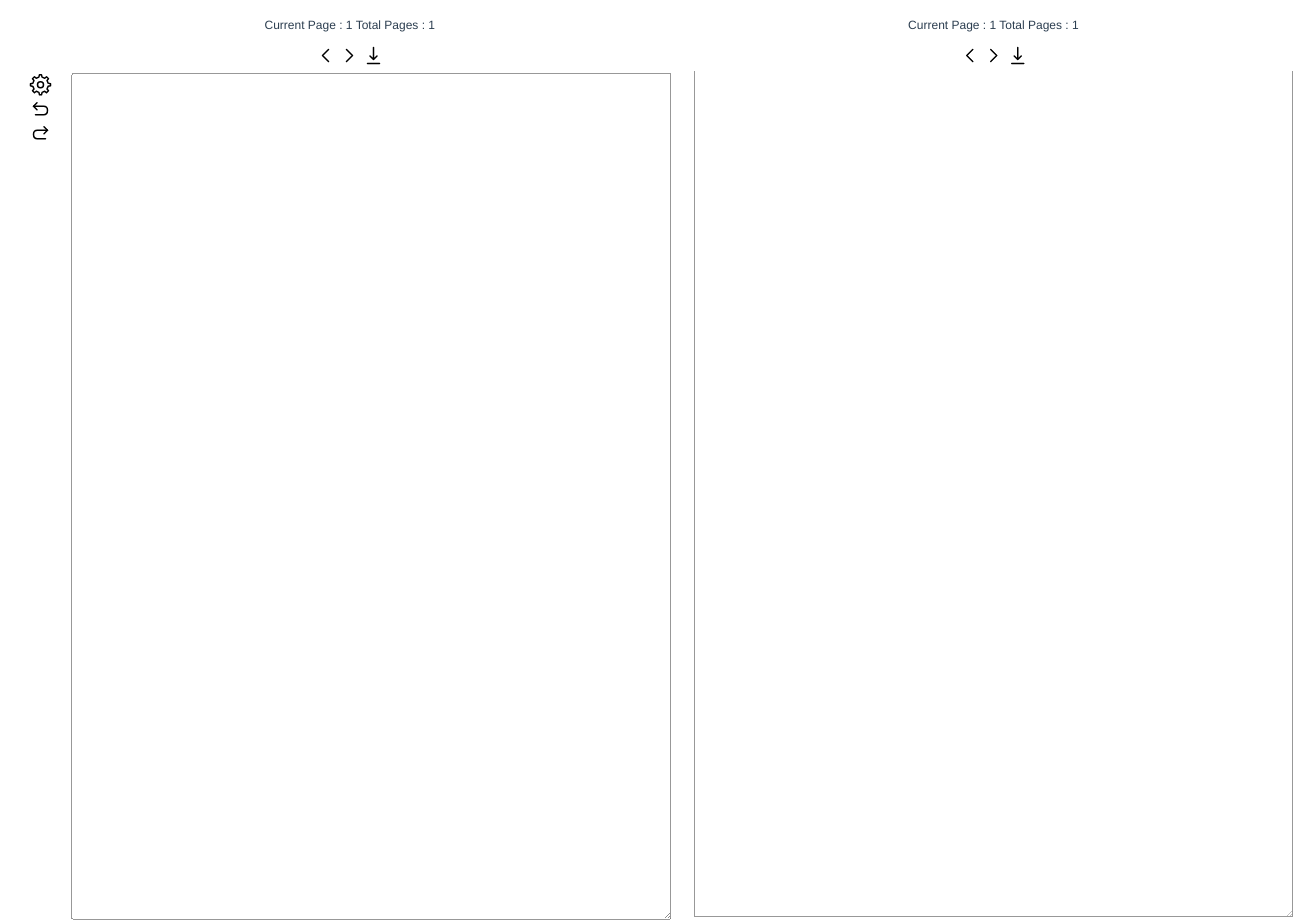
Repository: 321paranoiawhy/online-resume
Page: /
An editor plug-in stored every save of this project. The page is shown before and after the next save, followed by the edit.
The browser window is 1280 px wide. The page is 1724 px wide, then 1732 px, so the pictures cover 1732 px, including what lies to the right of the window. The pictures show the whole page, at 75% of full size.
The project was rebuilt for these pictures with package versions that can differ from the ones it lists, and the page was loaded fresh each time. Also part of the build but not shown: vue.config.js, src/components/Header.vue, src/components/Introduction.vue, src/components/LineNumbers.vue, src/components/Footer.vue.

Above is the page before, as saved 2022-05-28 21:35:17.

After the next save:
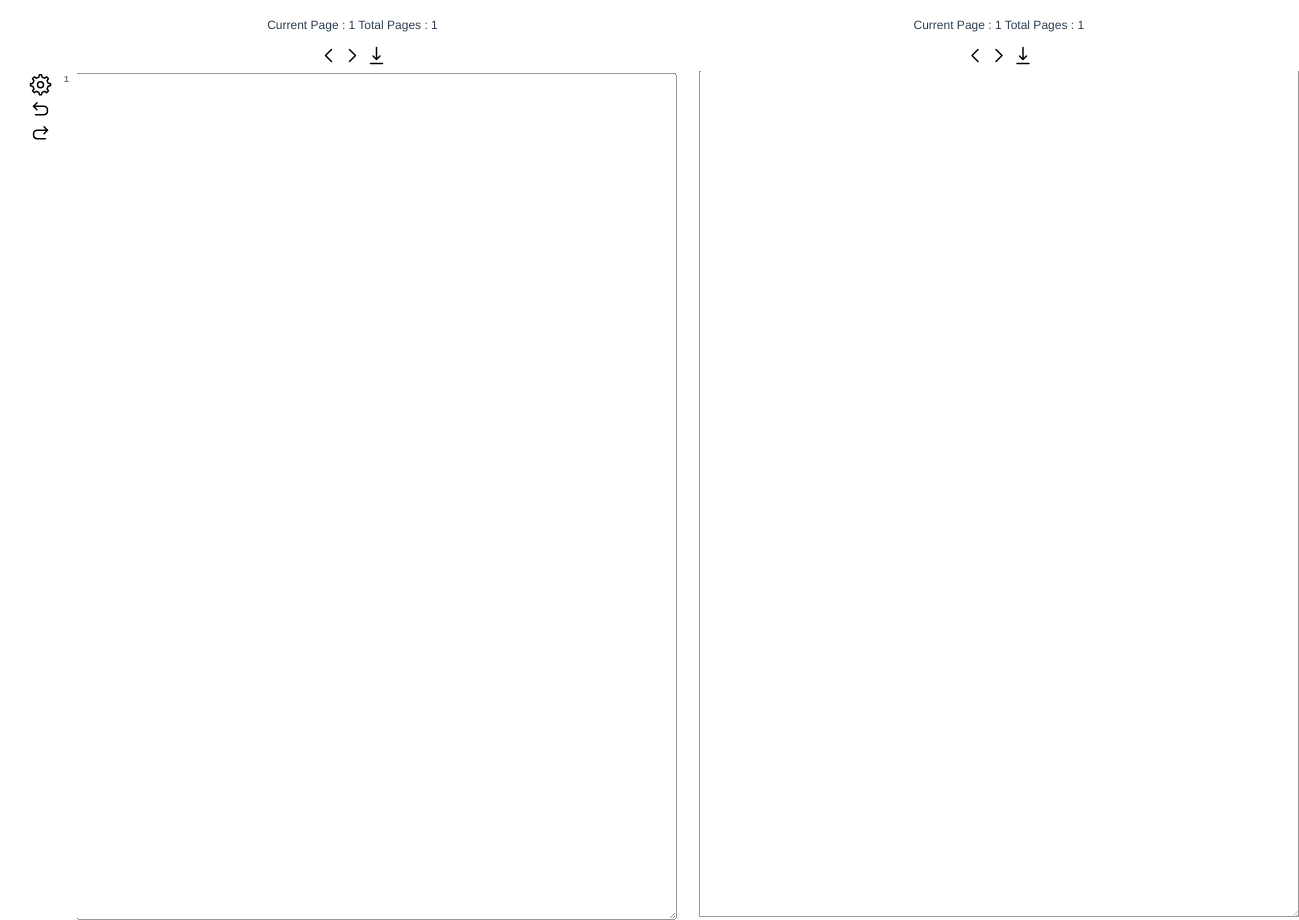
Saved 87 s later.
--- a/src/components/LeftInput.vue
+++ b/src/components/LeftInput.vue
@@ -61,7 +61,7 @@ export default {
             // console.log(input.value.value.length);
             // store.commit("getLeftLine", 0);
         });
-        let lineNumbersArray;
+        let lineNumbersArray = [1];
         let compileInput = () => {
             console.log(input.value.value.split("\n"));
             // store.commit("getLeftLine", input.value.value.length);
@@ -75,10 +75,6 @@ export default {
             console.log(lineNumbersArray);
             // store.commit("getLineNumbersArray", lineNumbersArray);
 
-            // const data = reactive({
-            //     splitArray: input.value.value.split("\n"),
-            //     length: splitArray.length,
-            // });
             // console.log(input.value.value.length);
         };
         return {
@@ -89,7 +85,6 @@ export default {
             store,
             compileInput,
             lineNumbersArray,
-            // ...toRefs(data),
         };
     },
 };
